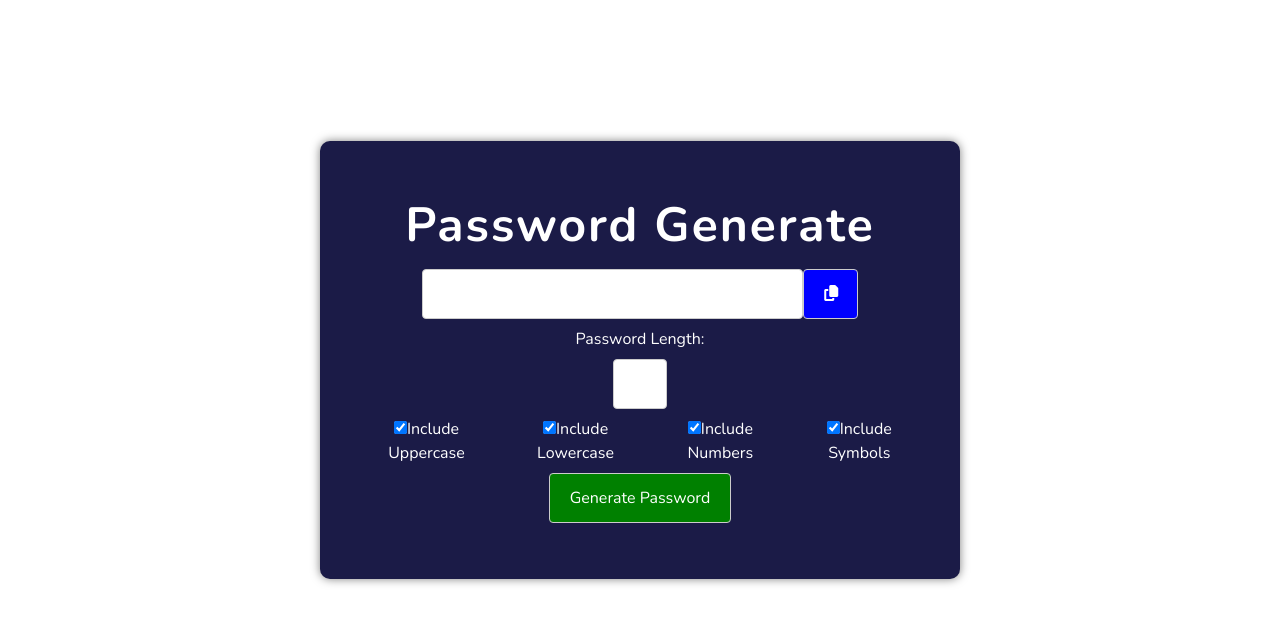
Repository: sriram1224/Password-generator
Page: / (app in password-generator/)
The author's editor kept a copy of each file at every save. The page is drawn from the files as they stood at one save, then again after the next save.
The browser window is 1280 px wide. The pictures show the whole page.
Some web fonts or font styles are not loaded; a fallback is used. Some web libraries are served in a nearby version. The project was rebuilt for these pictures with package versions that can differ from the ones it lists, and the page was loaded fresh each time.

Above is the page before, as saved 2024-03-10 22:01:04.

After the next save:
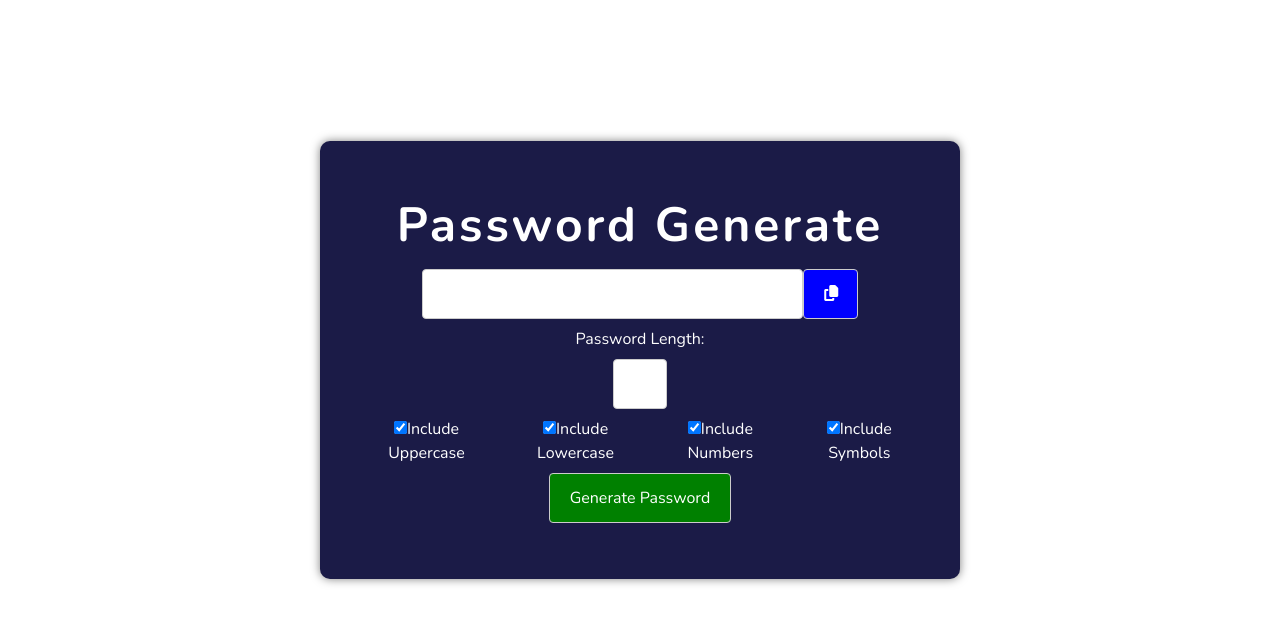
Saved 4 s later.
--- a/password-generator/src/Components/content.css
+++ b/password-generator/src/Components/content.css
@@ -78,6 +78,6 @@
 }
 .main h1{
     font-size: 3rem;
-    letter-spacing: 2px;
+    letter-spacing: 3px;
     font-weight: 700;
 }
